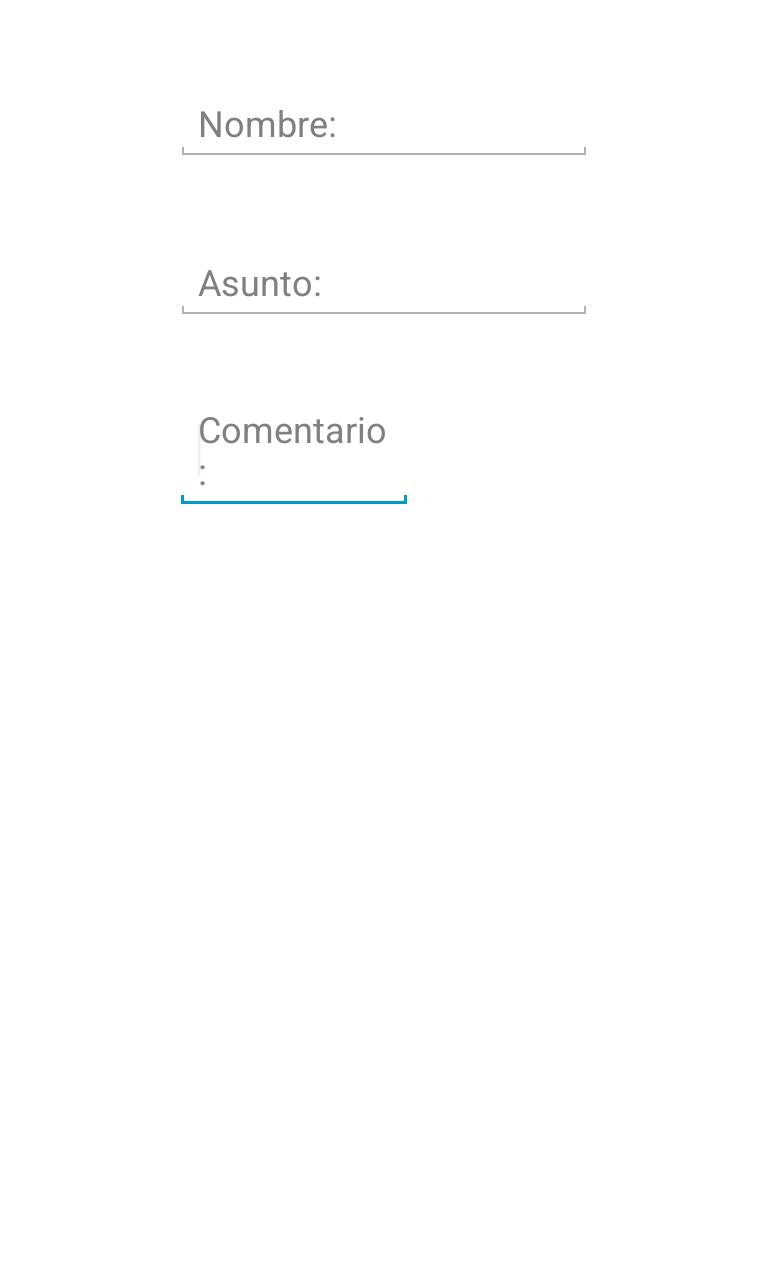
Repository: armandobs94/Dental.App
Layout: AplicacionMovil/DentalApp/Dental.App/res/layout/contacto_main.xml
The author's editor kept a copy of each file at every save. The layout is drawn from the files as they stood at one save, then again after the next save.
It is drawn on a 768 x 1280 px phone screen (xhdpi) without system bars, with theme AppTheme; the app's code is not run.

Above is the layout before, as saved 2015-06-10 23:43:56.

### AplicacionMovil/DentalApp/Dental.App/res/layout/contacto_main.xml
<?xml version="1.0" encoding="utf-8"?>
<RelativeLayout xmlns:android="http://schemas.android.com/apk/res/android"
    android:layout_width="match_parent"
    android:layout_height="match_parent"
    android:orientation="vertical" >

    <EditText
        android:id="@+id/editText1"
        android:layout_width="wrap_content"
        android:layout_height="wrap_content"
        android:layout_alignParentTop="true"
        android:layout_centerHorizontal="true"
        android:layout_marginTop="42dp"
        android:hint="@string/campoNombre"
        android:ems="10"/>

    <EditText
        android:id="@+id/editText2"
        android:layout_width="wrap_content"
        android:layout_height="wrap_content"
        android:layout_alignLeft="@+id/editText1"
        android:layout_below="@+id/editText1"
        android:layout_marginTop="40dp"
        android:hint="@string/campoAsunto"
        android:ems="10" />

    <EditText
        android:id="@+id/editText3"
        android:layout_width="wrap_content"
        android:layout_height="wrap_content"
        android:layout_alignLeft="@+id/editText2"
        android:layout_below="@+id/editText2"
        android:layout_marginTop="34dp"
        android:ems="10"
        android:hint="@string/campoComentario"
        android:width="120dp"
        android:inputType="textMultiLine" >

        <requestFocus />
    </EditText>

</RelativeLayout>

### AplicacionMovil/DentalApp/Dental.App/res/values/strings.xml
<?xml version="1.0" encoding="utf-8"?>
<resources>

    <string name="app_name">Dental.App</string>
    <string name="action_settings">Settings</string>
    <string name="hello_world">Hello world!</string>
    <string name="Usuario">Usuario:</string>
    <string name="Contra">Contraseña:</string>
    <string name="Entrar">Entrar</string>
    <string name="campoNombre">Nombre:</string>
    <string name="campoAsunto">Asunto:</string>
    <string name="campoComentario">Comentario:</string>

</resources>

Loaded but not shown: AplicacionMovil/DentalApp/Dental.App/res/values/styles.xml (common file); AplicacionMovil/DentalApp/Dental.App/res/values-v11/styles.xml (common file); AplicacionMovil/DentalApp/Dental.App/res/values-v14/styles.xml (common file)

After the next save:
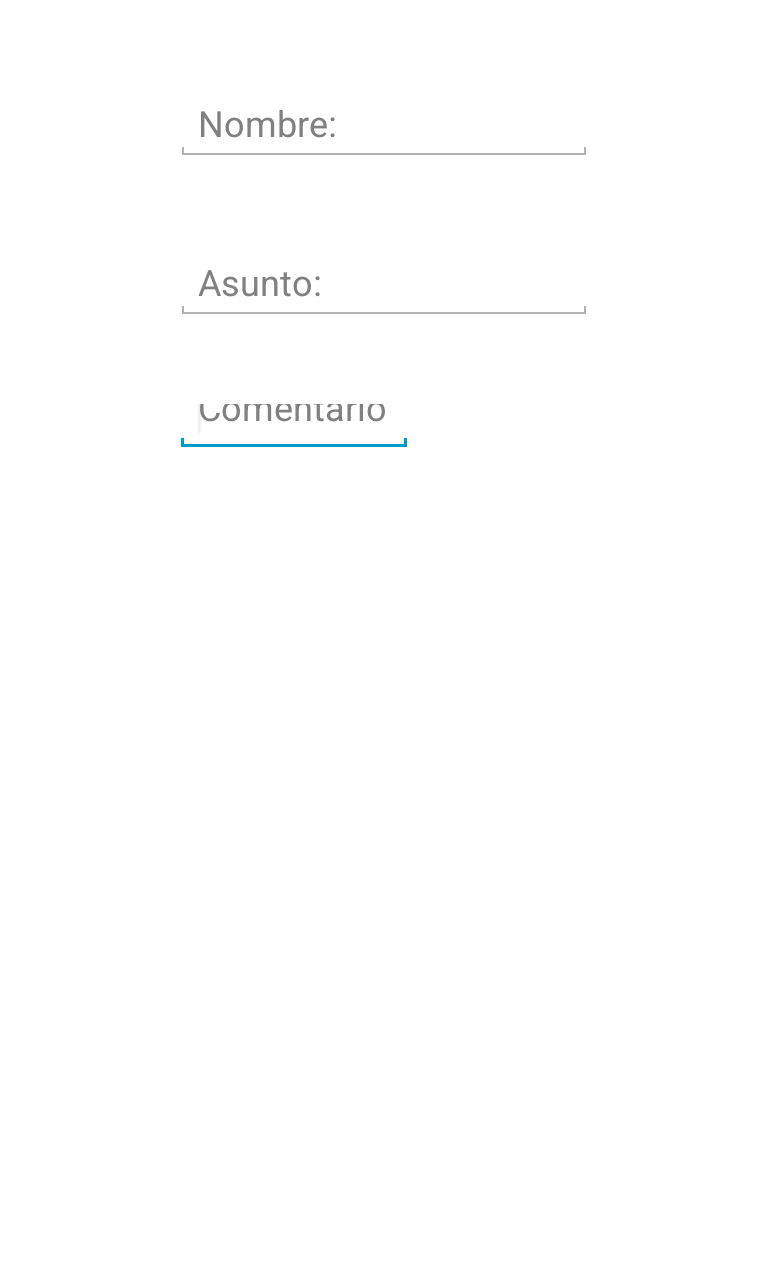
Saved 22 s later.
--- a/AplicacionMovil/DentalApp/Dental.App/res/layout/contacto_main.xml
+++ b/AplicacionMovil/DentalApp/Dental.App/res/layout/contacto_main.xml
@@ -34,6 +34,7 @@
         android:ems="10"
         android:hint="@string/campoComentario"
         android:width="120dp"
+        android:height=""
         android:inputType="textMultiLine" >
 
         <requestFocus />

After the save that followed:
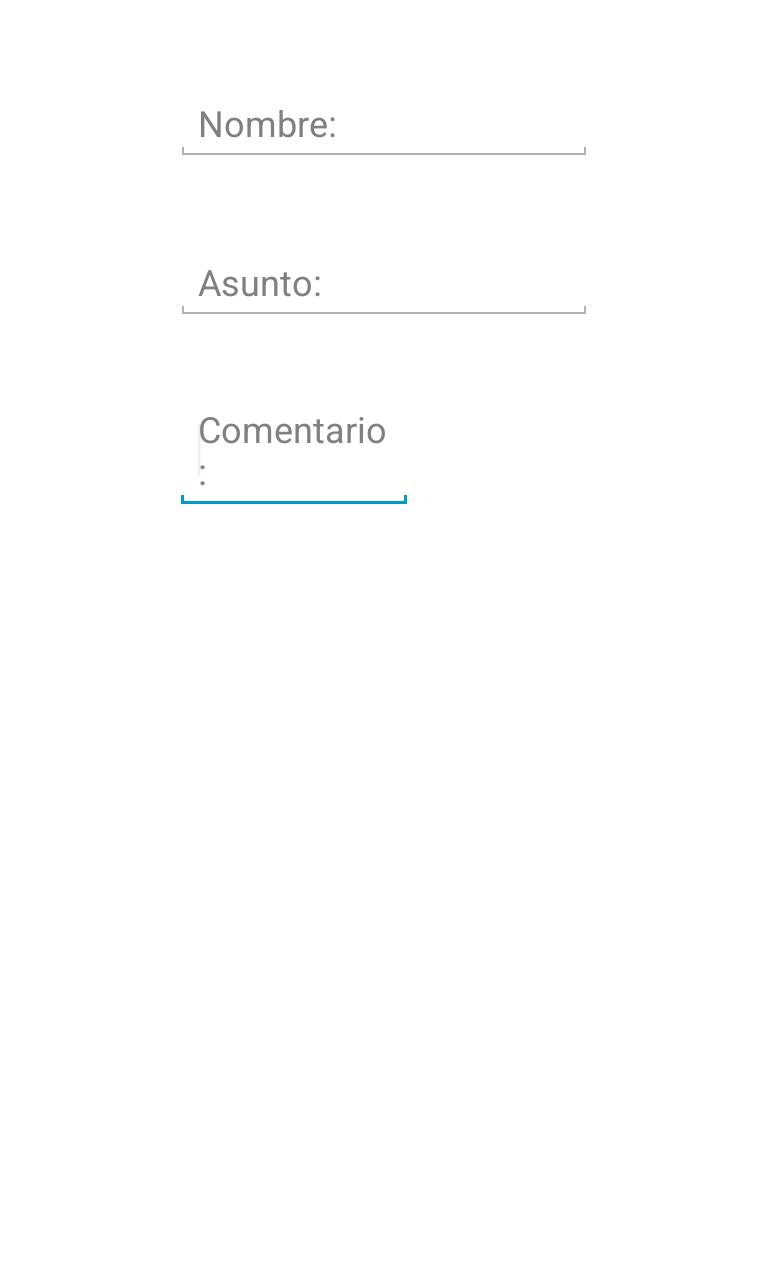
Saved 13 s later.
--- a/AplicacionMovil/DentalApp/Dental.App/res/layout/contacto_main.xml
+++ b/AplicacionMovil/DentalApp/Dental.App/res/layout/contacto_main.xml
@@ -34,7 +34,7 @@
         android:ems="10"
         android:hint="@string/campoComentario"
         android:width="120dp"
-        android:height=""
+
         android:inputType="textMultiLine" >
 
         <requestFocus />
